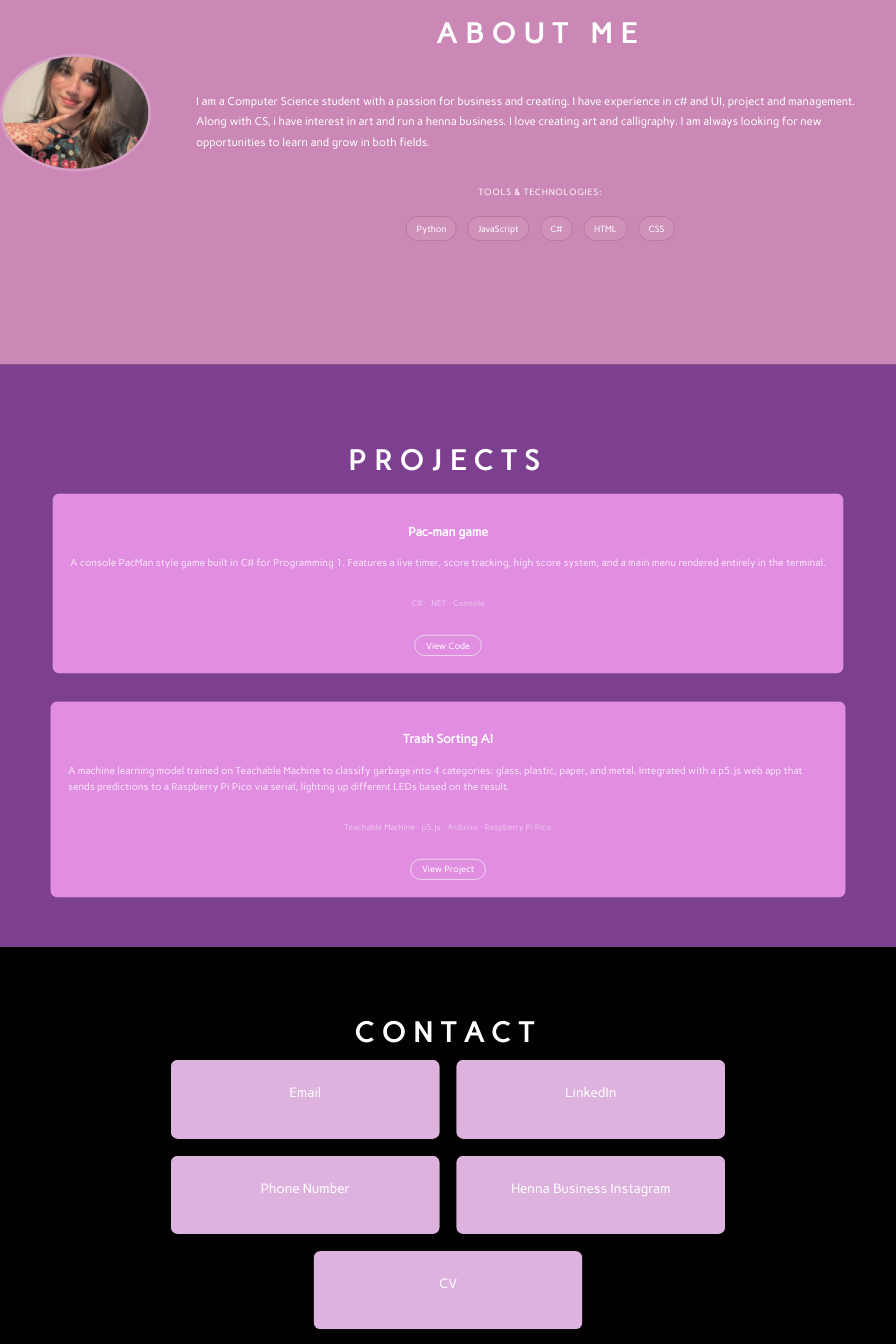
Repository: Rameen-A/Rameen-A
Page: index.html
The author's editor kept a copy of each file at every save. The page is drawn from the files as they stood at one save, then again after the next save.
The browser window is 1280 px wide. The pictures show the part of the page from y = 970 to 2890 px (the page is 2933 px tall), at 70% of full size.

Above is the page before, as saved 2026-05-09 21:33:11.

After the next save:
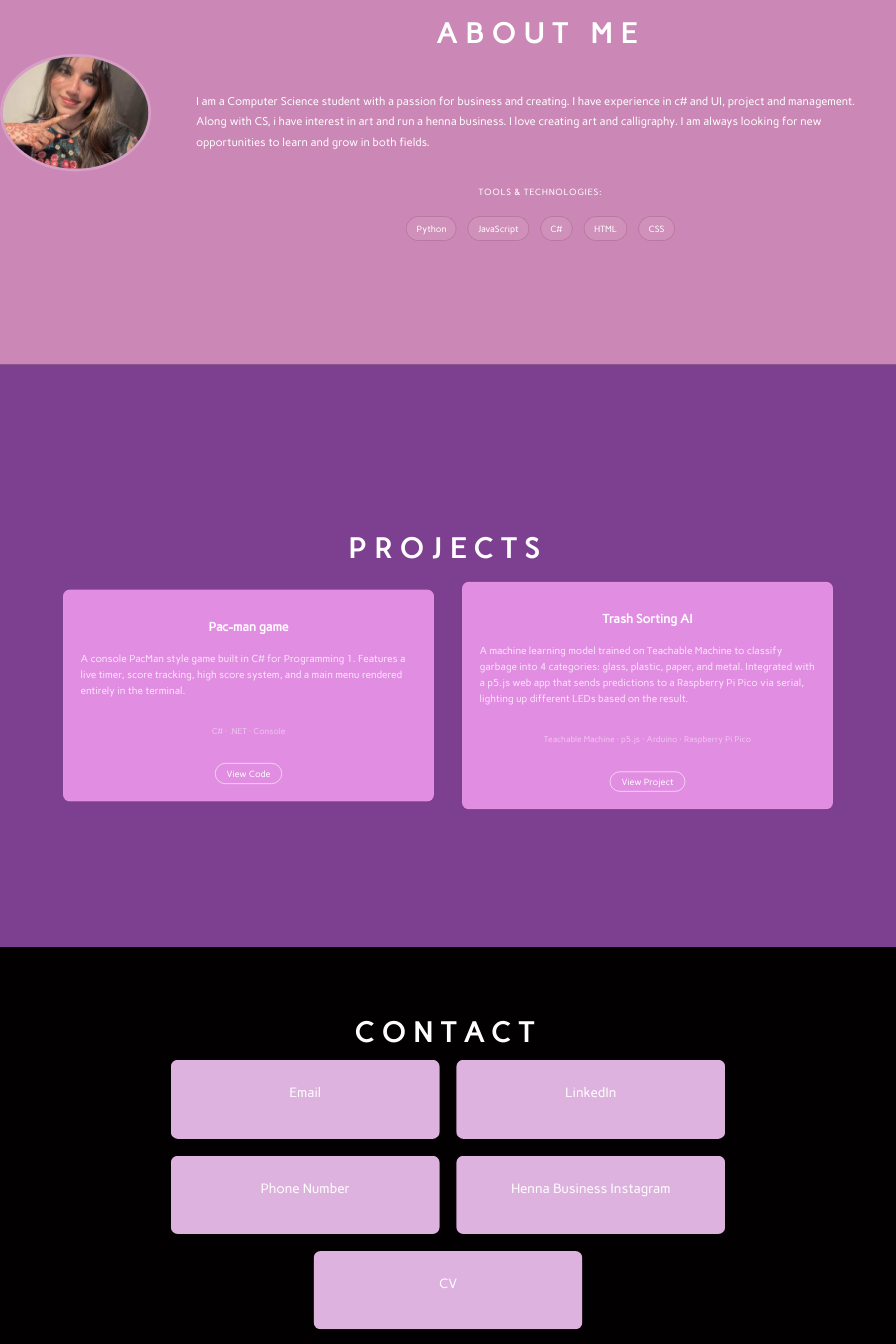
Saved 34 s later.
--- a/styles/index.css
+++ b/styles/index.css
@@ -292,6 +292,9 @@ nav ul {
     flex-direction: row;
     text-align: left;
   }
+  .card {
+    max-width: 30rem;
+  }
 
   .cards {
     flex-direction: row;
